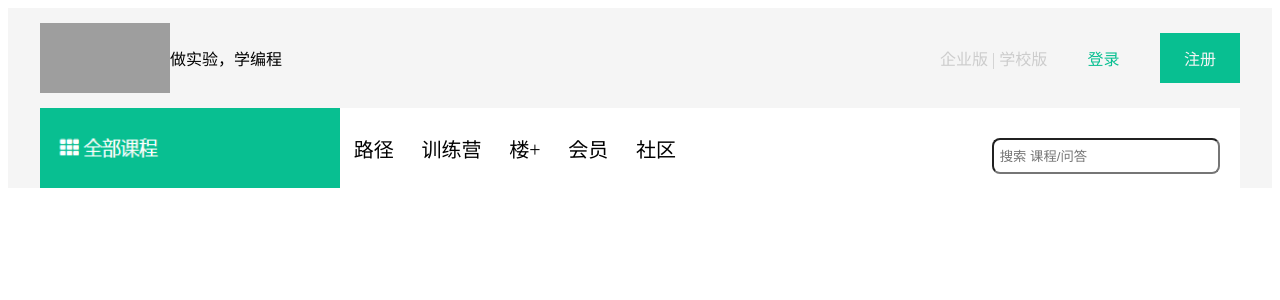
Repository: wuguozheng/xxbb
Page: /
The author's editor kept a copy of each file at every save. The page is drawn from the files as they stood at one save, then again after the next save.
The browser window is 1280 px wide. The pictures show the whole page.
Pictures or frames that could not be fetched are drawn as grey boxes. The project was rebuilt for these pictures with package versions that can differ from the ones it lists, and the page was loaded fresh each time.

Above is the page before, as saved 2020-06-01 14:18:33.

### src/App.vue
<template>
  <div id="app">

    <router-view/>
  </div>
</template>

<style lang="scss">

</style>

### src/views/Home.vue
<template>
 <div>
    <mxs1></mxs1>
 </div>
</template>

<script>
import Mxs1 from '../components/home/Mxs1'
 export default {
   name: '',
   props: {
   },
   components: {
     Mxs1,
   },
   data () {
     return {

     }
   },
   methods: {

   },
   mounted() {

   },
   watch: {

   },
   computed: {

   }
 }
</script>

<style scoped lang='scss'>

</style>

### src/components/home/Mxs1.vue
<template>
  <div>
    <div class="rap">
      <div class="rap-1">
        <div class="left">
          <img
            data-v-7629dae3
            src="https://static.shiyanlou.com/frontend/dist/img/9f43b00.svg"
            alt="实验楼"
            width="130"
            height="70"
          />
          <div>做实验，学编程</div>
        </div>
        <div class="rap-2">
          <div class="timi-1">企业版 | 学校版</div>
          <div class="timi-2">登录</div>
          <div class="timi">注册</div>
        </div>
      </div>
      <div class="run">
        <img src="../home/QQ截图20200601133655.png" alt="" width="300" height="80">
        <div class="run-1">
          <div>路径</div>
          <div>训练营</div>
          <div>楼+</div>
          <div>会员</div>
          <div>社区</div>
        </div>
        <div class="run-2">
          <input type="text" placeholder=" 搜索 课程/问答" class="run-3">
        </div>
      </div>
    </div>
  </div>
</template>

<script>
export default {
  name: "",
  props: {},
  components: {},
  data() {
    return {};
  },
  methods: {},
  mounted() {},
  watch: {},
  computed: {}
};
</script>

<style scoped lang='scss'>
.rap {
  width: 100%;
  height: 180px;
  background: whitesmoke;
  display: flex;
  justify-content: center;
  align-items: center;
  flex-direction: column;
}
.rap-1 {
  width: 1200px;
  height: 100px;
  background: transparent;
  position: relative;
  display: flex;
  justify-content: center;
  align-items: center;
}
.left {
  position: absolute;
  left: 0;
  display: flex;
  justify-content: center;
  align-items: center;
}
.rap-2 {
  display: flex;
  width: 300px;
  height: 100px;
  background: transparent;
  justify-content: space-between;
  align-items: center;
  position: absolute;
  right: 0;
}
.timi {
  width: 80px;
  height: 50px;
  background: rgb(8, 191, 145);
  display: flex;
  justify-content: center;
  align-items: center;
  color: whitesmoke;
  &:hover {
    cursor: pointer;
  }
}
.timi-1 {
  color: #ccc;
  &:hover {
    cursor: pointer;
    color: rgb(8, 191, 145);
  }
}
.timi-2 {
  color: rgb(8, 191, 145);
  &:hover {
    cursor: pointer;
    color: #ccc;
  }
}
.run {
  width: 1200px;
  height: 80px;
  background: white;
  display: flex;
  position: relative;
}
.run-1 {
  width: 350px;
  height: 80px;
  background: transparent;
  display: flex;
  justify-content: space-around;
  align-items: center;
  font-size: 20px;
}
.run-2 {
  position: absolute;
  right: 20px;
  margin-top: 30px;
}
.run-3 {
  width: 220px;
  height: 30px;
  border-radius: 8px;
}
</style>

Loaded but not shown: src/main.js (common file); src/router/index.js (common file); src/store/index.js (common file)

After the next save:
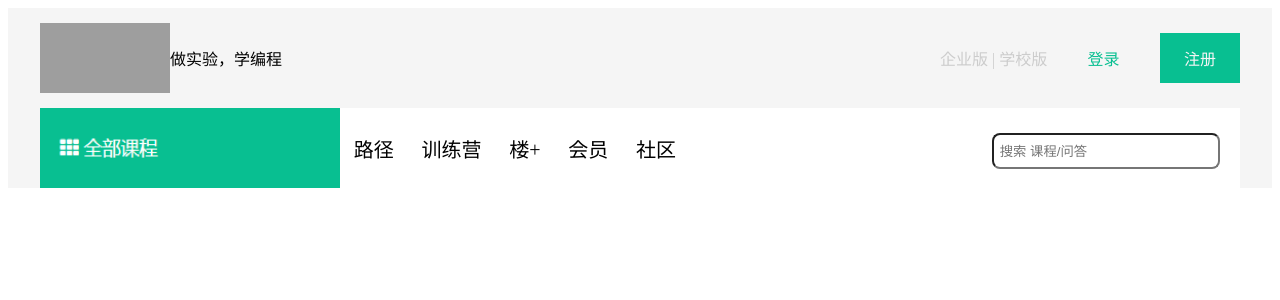
Saved 11 s later.
--- a/src/components/home/Mxs1.vue
+++ b/src/components/home/Mxs1.vue
@@ -131,7 +131,7 @@ export default {
 .run-2 {
   position: absolute;
   right: 20px;
-  margin-top: 30px;
+  margin-top: 25px;
 }
 .run-3 {
   width: 220px;
